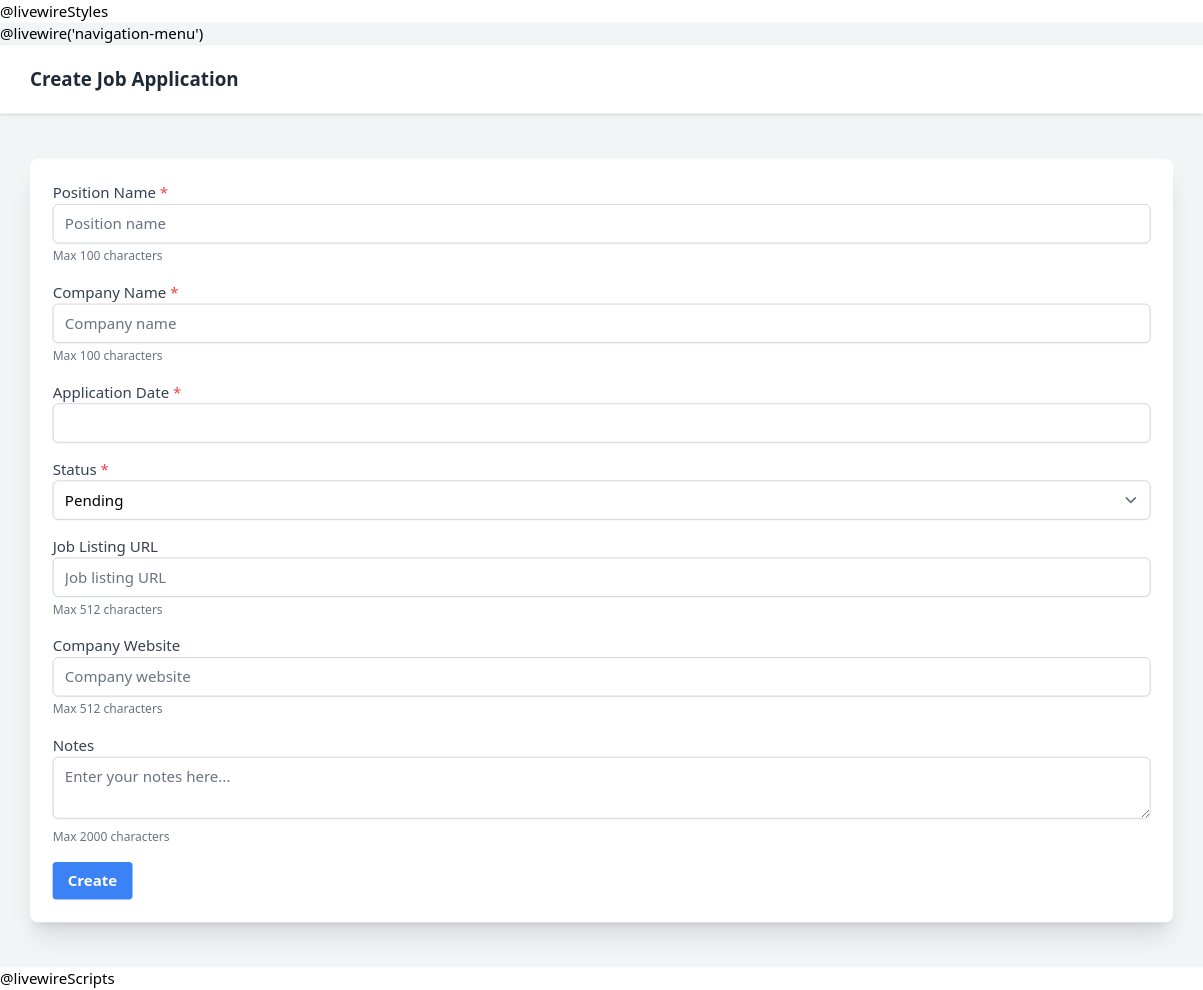
Repository: asanduk/vodafone
Page: resources/views/job-applications/create.blade.php
These files come from the project's save history. The page is drawn as it stood at one moment and after the next save; the edit follows.
The browser window is 1280 px wide. The pictures show the whole page, at 94% of full size.
An inner scrolling area shows only its first screen. The page is served by the project's Laravel application, run on PHP 8.4 with Laravel 12. Other server files are loaded and not shown. The template is opened directly, without the code that normally fills it, so the values that code supplies are empty.

Above is the page before, as saved 2024-11-18 22:49:54.

### routes/web.php
<?php

use Illuminate\Support\Facades\Route;
use App\Http\Controllers\JobApplicationController;
use App\Http\Controllers\HomeController;

Route::get('/', function () {
    return view('welcome');
});

Route::get('job-applications/export', [JobApplicationController::class, 'export'])->name('job-applications.export');


Route::middleware([
    'auth:sanctum',
    config('jetstream.auth_session'),
    'verified',
])->group(function () {
    // Dashboard görünümü için HomeController kullanımı
    Route::get('/dashboard', [HomeController::class, 'index'])->name('dashboard');
});

// İş başvuruları için resource controller tanımlamaları
Route::middleware(['auth:sanctum', 'verified'])->group(function () {
    Route::resource('job-applications', JobApplicationController::class);
});

### resources/views/job-applications/create.blade.php
<x-app-layout>
    <x-slot name="header">
        <h2 class="font-semibold text-xl text-gray-800 leading-tight">
            {{ __('Create Job Application') }}
        </h2>
    </x-slot>

    <div class="py-12">
        <div class="max-w-7xl mx-auto sm:px-6 lg:px-8">
            <div class="bg-white overflow-hidden shadow-xl sm:rounded-lg p-6">
                <form action="{{ route('job-applications.store') }}" method="POST">
                    @csrf

                    <div class="form-group mb-4">
                        <label for="position" class="block text-gray-700 font-medium">Position Name <span class="text-red-500">*</span></label>
                        <input type="text" name="position" id="position" class="form-control w-full border border-gray-300 rounded-md shadow-sm focus:ring focus:ring-blue-500" required maxlength="100" placeholder="Position name">
                        <small class="text-gray-500">Max 100 characters</small>
                    </div>

                    <div class="form-group mb-4">
                        <label for="company_name" class="block text-gray-700 font-medium">Company Name <span class="text-red-500">*</span></label>
                        <input type="text" name="company_name" id="company_name" class="form-control w-full border border-gray-300 rounded-md shadow-sm focus:ring focus:ring-blue-500" required maxlength="100" placeholder="Company name">
                        <small class="text-gray-500">Max 100 characters</small>
                    </div>

                    <div class="form-group mb-4">
                        <label for="applied_at" class="block text-gray-700 font-medium">Application Date <span class="text-red-500">*</span></label>
                        <input type="date" name="applied_at" id="applied_at" class="form-control w-full border border-gray-300 rounded-md shadow-sm focus:ring focus:ring-blue-500" required>
                    </div>

                    <div class="form-group mb-4">
                        <label for="status" class="block text-gray-700 font-medium">Status <span class="text-red-500">*</span></label>
                        <select name="status" id="status" class="form-control w-full border border-gray-300 rounded-md shadow-sm focus:ring focus:ring-blue-500">
                            <option value="pending">Pending</option>
                            <option value="interview">Interview Scheduled</option>
                            <option value="rejected">Rejected</option>
                            <option value="offered">Offer Received</option>
                        </select>
                    </div>

                    <div class="form-group mb-4">
                        <label for="job_listing_url" class="block text-gray-700 font-medium">Job Listing URL</label>
                        <input type="url" name="job_listing_url" id="job_listing_url" class="form-control w-full border border-gray-300 rounded-md shadow-sm focus:ring focus:ring-blue-500" maxlength="512" placeholder="Job listing URL">
                        <small class="text-gray-500">Max 512 characters</small>
                    </div>

                    <div class="form-group mb-4">
                        <label for="company_website_url" class="block text-gray-700 font-medium">Company Website</label>
                        <input type="url" name="company_website_url" id="company_website_url" class="form-control w-full border border-gray-300 rounded-md shadow-sm focus:ring focus:ring-blue-500" maxlength="512" placeholder="Company website">
                        <small class="text-gray-500">Max 512 characters</small>
                    </div>

                    <div class="form-group mb-4">
                        <label for="notes" class="block text-gray-700 font-medium">Notes</label>
                        <textarea name="notes" id="notes" class="form-control w-full border border-gray-300 rounded-md shadow-sm focus:ring focus:ring-blue-500" maxlength="2000" placeholder="Enter your notes here..."></textarea>
                        <small class="text-gray-500">Max 2000 characters</small>
                    </div>

                    <button type="submit" class="bg-blue-500 hover:bg-blue-700 text-white font-bold py-2 px-4 rounded">
                        Create
                    </button>

                    @if ($errors->any())
                        <div class="mt-4">
                            <ul class="text-red-500">
                                @foreach ($errors->all() as $error)
                                    <li>{{ $error }}</li>
                                @endforeach
                            </ul>
                        </div>
                    @endif
                </form>
            </div>
        </div>
    </div>
</x-app-layout>

### resources/views/layouts/app.blade.php
<!DOCTYPE html>
<html lang="{{ str_replace('_', '-', app()->getLocale()) }}">
    <head>
        <meta charset="utf-8">
        <meta name="viewport" content="width=device-width, initial-scale=1">
        <title>{{ config('app.name', 'Jobify') }}</title>

        <!-- Fonts -->
        <link href="https://cdn.jsdelivr.net/npm/tailwindcss@2.2.19/dist/tailwind.min.css" rel="stylesheet">
        <link rel="stylesheet" href="https://cdnjs.cloudflare.com/ajax/libs/font-awesome/6.0.0-beta3/css/all.min.css">

        <link rel="stylesheet" href="https://fonts.bunny.net/css2?family=Nunito:wght@400;600;700&display=swap">
                 <!-- Pickadate.js CSS -->
                 <link rel="stylesheet" href="{{ asset('pickadate/lib/themes/default.css') }}">
                 <link rel="stylesheet" href="{{ asset('pickadate/lib/themes/default.date.css') }}">

                 <!-- jQuery (Pickadate.js için gerekli) -->
                 <script src="https://code.jquery.com/jquery-3.6.0.min.js"></script>

                 <!-- Pickadate.js JS -->
                 <script src="{{ asset('pickadate/lib/picker.js') }}"></script>
                 <script src="{{ asset('pickadate/lib/picker.date.js') }}"></script>

                 <script>
                     $(document).ready(function() {
                         $('#applied_at').pickadate({
                             format: 'yyyy-mm-dd', // Tarih formatını ayarlayın
                             // Diğer ayarları buraya ekleyebilirsiniz
                         });
                     });
                 </script>
        <!-- Styles -->
        @vite(['resources/css/app.css', 'resources/js/app.js'])
        @livewireStyles
    </head>
    <body class="font-sans antialiased">
        <div class="min-h-screen bg-gray-100">
            @livewire('navigation-menu')

            <!-- Page Heading -->
            @if (isset($header))
                <header class="bg-white shadow">
                    <div class="max-w-7xl mx-auto py-6 px-4 sm:px-6 lg:px-8">
                        {{ $header }}
                    </div>
                </header>
            @endif

            <!-- Page Content -->
            <main>
                {{ $slot }}
            </main>
        </div>

        @stack('modals')

        @livewireScripts
    </body>
</html>

Loaded but not shown: app/View/Components/AppLayout.php (common file); public/pickadate/lib/themes/default.css (library); public/pickadate/lib/themes/default.date.css (library); public/pickadate/lib/picker.js (library); public/pickadate/lib/picker.date.js (library)

After the next save:
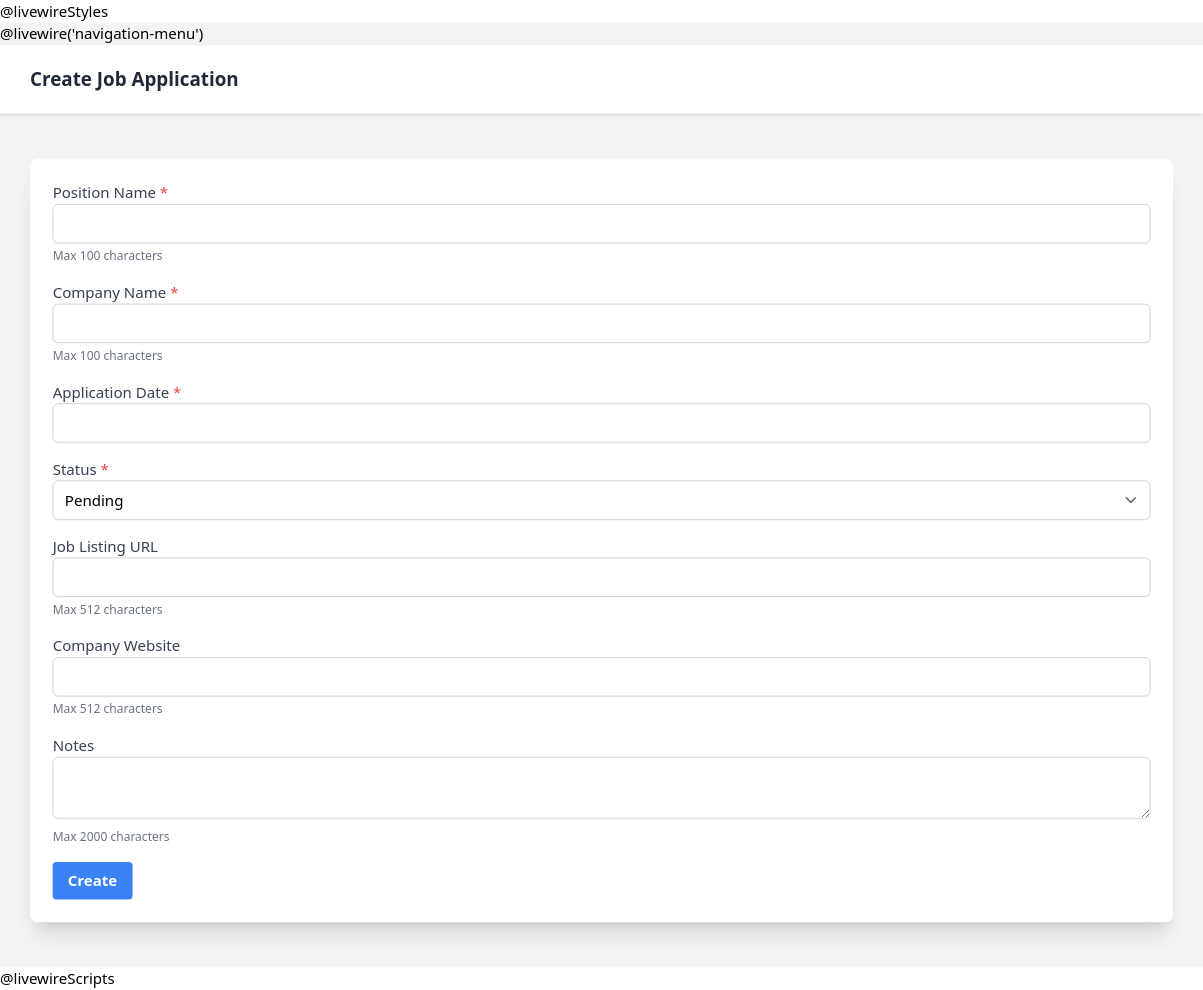
Saved 2 min 10 s later.
--- a/resources/views/job-applications/create.blade.php
+++ b/resources/views/job-applications/create.blade.php
@@ -13,13 +13,13 @@
 
                     <div class="form-group mb-4">
                         <label for="position" class="block text-gray-700 font-medium">Position Name <span class="text-red-500">*</span></label>
-                        <input type="text" name="position" id="position" class="form-control w-full border border-gray-300 rounded-md shadow-sm focus:ring focus:ring-blue-500" required maxlength="100" placeholder="Position name">
+                        <input type="text" name="position" id="position" class="form-control w-full border border-gray-300 rounded-md shadow-sm focus:ring focus:ring-blue-500" required maxlength="100">
                         <small class="text-gray-500">Max 100 characters</small>
                     </div>
 
                     <div class="form-group mb-4">
                         <label for="company_name" class="block text-gray-700 font-medium">Company Name <span class="text-red-500">*</span></label>
-                        <input type="text" name="company_name" id="company_name" class="form-control w-full border border-gray-300 rounded-md shadow-sm focus:ring focus:ring-blue-500" required maxlength="100" placeholder="Company name">
+                        <input type="text" name="company_name" id="company_name" class="form-control w-full border border-gray-300 rounded-md shadow-sm focus:ring focus:ring-blue-500" required maxlength="100">
                         <small class="text-gray-500">Max 100 characters</small>
                     </div>
 
@@ -40,19 +40,19 @@
 
                     <div class="form-group mb-4">
                         <label for="job_listing_url" class="block text-gray-700 font-medium">Job Listing URL</label>
-                        <input type="url" name="job_listing_url" id="job_listing_url" class="form-control w-full border border-gray-300 rounded-md shadow-sm focus:ring focus:ring-blue-500" maxlength="512" placeholder="Job listing URL">
+                        <input type="url" name="job_listing_url" id="job_listing_url" class="form-control w-full border border-gray-300 rounded-md shadow-sm focus:ring focus:ring-blue-500" maxlength="512">
                         <small class="text-gray-500">Max 512 characters</small>
                     </div>
 
                     <div class="form-group mb-4">
                         <label for="company_website_url" class="block text-gray-700 font-medium">Company Website</label>
-                        <input type="url" name="company_website_url" id="company_website_url" class="form-control w-full border border-gray-300 rounded-md shadow-sm focus:ring focus:ring-blue-500" maxlength="512" placeholder="Company website">
+                        <input type="url" name="company_website_url" id="company_website_url" class="form-control w-full border border-gray-300 rounded-md shadow-sm focus:ring focus:ring-blue-500" maxlength="512">
                         <small class="text-gray-500">Max 512 characters</small>
                     </div>
 
                     <div class="form-group mb-4">
                         <label for="notes" class="block text-gray-700 font-medium">Notes</label>
-                        <textarea name="notes" id="notes" class="form-control w-full border border-gray-300 rounded-md shadow-sm focus:ring focus:ring-blue-500" maxlength="2000" placeholder="Enter your notes here..."></textarea>
+                        <textarea name="notes" id="notes" class="form-control w-full border border-gray-300 rounded-md shadow-sm focus:ring focus:ring-blue-500" maxlength="2000"></textarea>
                         <small class="text-gray-500">Max 2000 characters</small>
                     </div>
 
